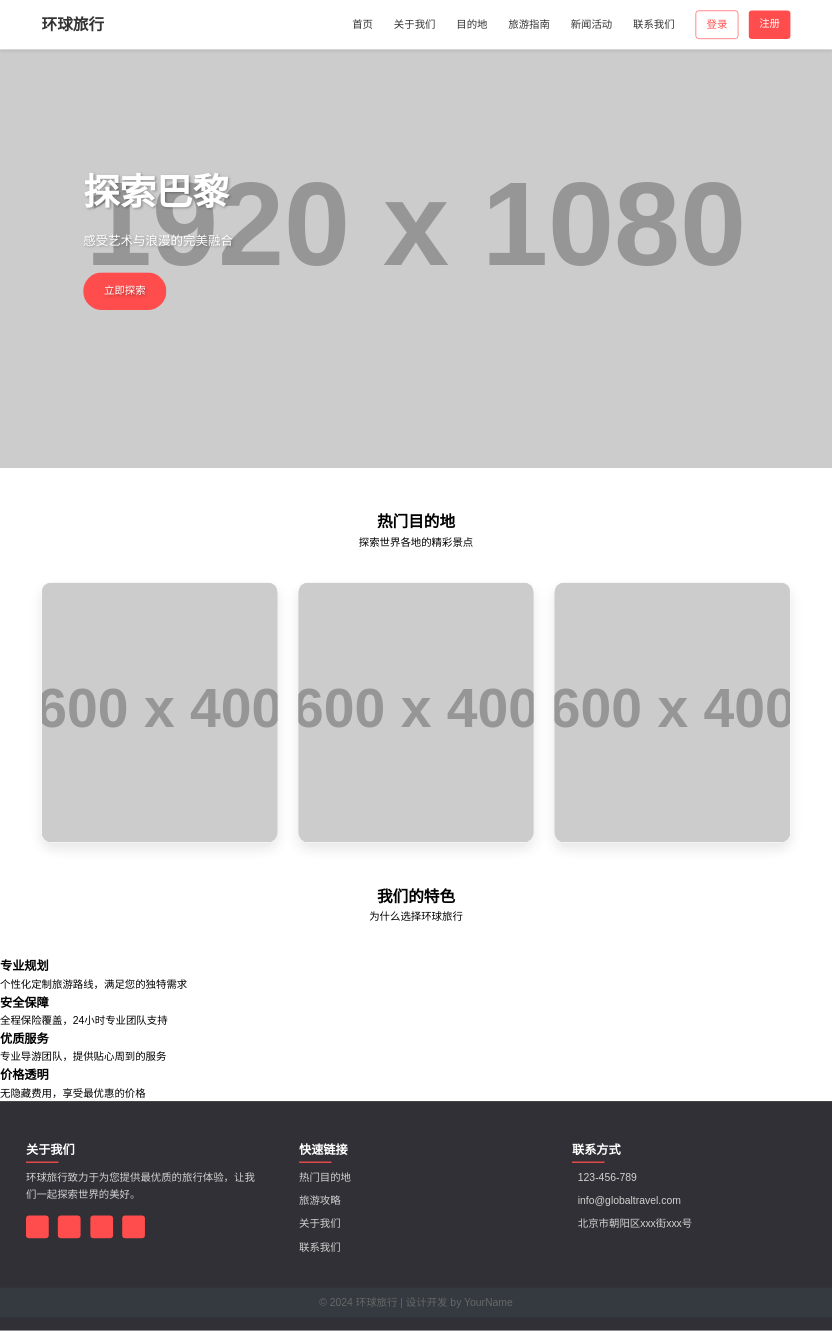
Repository: huang-heavenly-Emperor/travel_1
Page: index.html
These files come from the project's save history. The page is drawn as it stood at one moment and after the next save; the edit follows.
The browser window is 1280 px wide. The pictures show the whole page, at 65% of full size.

Above is the page before, as saved 2024-11-18 02:43:06.
Console error: TypeError: Cannot read properties of null (reading 'style')

### index.html
<!DOCTYPE html>
<html lang="zh-CN">
<head>
    <meta charset="UTF-8">
    <meta name="viewport" content="width=device-width, initial-scale=1.0">
    <title>环球旅行 - 探索世界的每个角落</title>
    <link rel="stylesheet" href="css/style.css">
    <link rel="stylesheet" href="css/animations.css">
    <link rel="stylesheet" href="css/responsive.css">
</head>
<body>
    <!-- 导航栏 -->
    <nav class="main-nav">
        <div class="nav-logo">
            <h1>环球旅行</h1>
        </div>

        <!-- 汉堡菜单按钮 -->
        <div class="hamburger">
            <span></span>
            <span></span>
            <span></span>
        </div>

        <!-- 导航菜单 -->
        <div class="nav-menu">
            <ul class="nav-links">
                <li><a href="index.html">首页</a></li>
                <li><a href="pages/about.html">关于我们</a></li>
                <li><a href="pages/destinations.html">目的地</a></li>
                <li><a href="pages/travel-tips.html">旅游指南</a></li>
                <li><a href="pages/news-events.html">新闻活动</a></li>
                <li><a href="pages/contact.html">联系我们</a></li>
            </ul>

            <div class="nav-auth">
                <a href="pages/login.html" class="btn-login">登录</a>
                <a href="pages/register.html" class="btn-register">注册</a>
            </div>
        </div>
    </nav>

    <!-- 轮播图区域 -->
    <section class="hero-slider">
        <div class="slider-container">
            <div class="slide active">
                <img src="https://via.placeholder.com/1920x1080?text=Beautiful+Paris" alt="巴黎">
                <div class="slide-content">
                    <h2>探索巴黎</h2>
                    <p>感受艺术与浪漫的完美融合</p>
                    <a href="pages/destinations/paris.html" class="btn-explore">立即探索</a>
                </div>
            </div>
            <div class="slide">
                <img src="https://via.placeholder.com/1920x1080?text=Amazing+Tokyo" alt="东京">
                <div class="slide-content">
                    <h2>遇见东京</h2>
                    <p>体验传统与现代的碰撞</p>
                    <a href="pages/destinations/tokyo.html" class="btn-explore">立即探索</a>
                </div>
            </div>
            <div class="slide">
                <img src="https://via.placeholder.com/1920x1080?text=Discover+Santorini" alt="圣托里尼">
                <div class="slide-content">
                    <h2>圣托里尼之美</h2>
                    <p>邂逅爱琴海的浪漫风情</p>
                    <a href="pages/destinations/santorini.html" class="btn-explore">立即探索</a>
                </div>
            </div>
        </div>

        <!-- 轮播控制按钮 -->
        <div class="slider-controls">
            <button class="prev-btn"><i class="fas fa-chevron-left"></i></button>
            <button class="next-btn"><i class="fas fa-chevron-right"></i></button>
        </div>

        <!-- 轮播指示点 -->
        <div class="slider-dots">
            <span class="dot active"></span>
            <span class="dot"></span>
            <span class="dot"></span>
        </div>
    </section>

    <!-- 特色目的地 -->
    <section class="featured-destinations">
        <div class="container">
            <div class="section-header">
                <h2>热门目的地</h2>
                <p>探索世界各地的精彩景点</p>
            </div>

            <div class="destination-grid">
                <!-- 巴黎 -->
                <div class="destination-card">
                    <div class="destination-image">
                        <img src="https://via.placeholder.com/600x400?text=Paris" alt="巴黎">
                        <div class="destination-overlay">
                            <div class="destination-info">
                                <h3>巴黎</h3>
                                <p>法国</p>
                                <div class="destination-meta">
                                    <span><i class="fas fa-star"></i> 4.8</span>
                                    <span><i class="fas fa-map-marker-alt"></i> 欧洲</span>
                                </div>
                                <a href="pages/destinations/paris.html" class="btn-explore">查看详情</a>
                            </div>
                        </div>
                    </div>
                </div>

                <!-- 更多目的地卡片 -->
                <!-- 东京 -->
                <div class="destination-card">
                    <div class="destination-image">
                        <img src="https://via.placeholder.com/600x400?text=Tokyo" alt="东京">
                        <div class="destination-overlay">
                            <div class="destination-info">
                                <h3>东京</h3>
                                <p>日本</p>
                                <div class="destination-meta">
                                    <span><i class="fas fa-star"></i> 4.7</span>
                                    <span><i class="fas fa-map-marker-alt"></i> 亚洲</span>
                                </div>
                                <a href="pages/destinations/tokyo.html" class="btn-explore">查看详情</a>
                            </div>
                        </div>
                    </div>
                </div>

                <!-- 圣托里尼 -->
                <div class="destination-card">
                    <div class="destination-image">
                        <img src="https://via.placeholder.com/600x400?text=Santorini" alt="圣托里尼">
                        <div class="destination-overlay">
                            <div class="destination-info">
                                <h3>圣托里尼</h3>
                                <p>希腊</p>
                                <div class="destination-meta">
                                    <span><i class="fas fa-star"></i> 4.9</span>
                                    <span><i class="fas fa-map-marker-alt"></i> 欧洲</span>
                                </div>
                                <a href="pages/destinations/santorini.html" class="btn-explore">查看详情</a>
                            </div>
                        </div>
                    </div>
                </div>
            </div>
        </div>
    </section>

    <!-- 添加特色服务部分 -->
    <section class="features">
        <div class="container">
            <div class="section-header">
                <h2>我们的特色</h2>
                <p>为什么选择环球旅行</p>
            </div>

            <div class="features-grid">
                <div class="feature-item">
                    <i class="fas fa-map-marked-alt"></i>
                    <h3>专业规划</h3>
                    <p>个性化定制旅游路线，满足您的独特需求</p>
                </div>

                <div class="feature-item">
                    <i class="fas fa-shield-alt"></i>
                    <h3>安全保障</h3>
                    <p>全程保险覆盖，24小时专业团队支持</p>
                </div>

                <div class="feature-item">
                    <i class="fas fa-hand-holding-heart"></i>
                    <h3>优质服务</h3>
                    <p>专业导游团队，提供贴心周到的服务</p>
                </div>

                <div class="feature-item">
                    <i class="fas fa-wallet"></i>
                    <h3>价格透明</h3>
                    <p>无隐藏费用，享受最优惠的价格</p>
                </div>
            </div>
        </div>
    </section>

    <!-- 页脚部分 -->
    <footer class="footer">
        <div class="footer-content">
            <div class="footer-section about">
                <h3>关于我们</h3>
                <p>环球旅行致力于为您提供最优质的旅行体验，让我们一起探索世界的美好。</p>
                <div class="socials">
                    <a href="#"><i class="fab fa-weixin"></i></a>
                    <a href="#"><i class="fab fa-weibo"></i></a>
                    <a href="#"><i class="fab fa-qq"></i></a>
                    <a href="#"><i class="fab fa-douyin"></i></a>
                </div>
            </div>

            <div class="footer-section links">
                <h3>快速链接</h3>
                <ul>
                    <li><a href="pages/destinations.html">热门目的地</a></li>
                    <li><a href="pages/travel-tips.html">旅游攻略</a></li>
                    <li><a href="pages/about.html">关于我们</a></li>
                    <li><a href="pages/contact.html">联系我们</a></li>
                </ul>
            </div>

            <div class="footer-section contact">
                <h3>联系方式</h3>
                <p>
                    <span><i class="fas fa-phone"></i> &nbsp; 123-456-789</span>
                    <span><i class="fas fa-envelope"></i> &nbsp; info@globaltravel.com</span>
                    <span><i class="fas fa-map-marker-alt"></i> &nbsp; 北京市朝阳区xxx街xxx号</span>
                </p>
            </div>
        </div>

        <div class="footer-bottom">
            &copy; 2024 环球旅行 | 设计开发 by YourName
        </div>
    </footer>
    <script src="js/main.js"></script>
</body>
</html>

### css/style.css
/* 基础样式 */
* {
    margin: 0;
    padding: 0;
    box-sizing: border-box;
}

body {
    font-family: 'Microsoft YaHei', sans-serif;
    line-height: 1.6;
}

/* 导航栏样式 */
.main-nav {
    position: fixed;
    top: 0;
    left: 0;
    width: 100%;
    background: #fff;
    padding: 1rem 5%;
    display: flex;
    justify-content: space-between;
    align-items: center;
    z-index: 1000;
    box-shadow: 0 2px 5px rgba(0,0,0,0.1);
}

.nav-logo h1 {
    font-size: 1.5rem;
    color: #333;
}

.nav-links {
    display: flex;
    list-style: none;
    gap: 2rem;
}

.nav-links a {
    text-decoration: none;
    color: #333;
    font-weight: 500;
    transition: color 0.3s ease;
}

.nav-links a:hover,
.nav-links a.active {
    color: #ff4d4d;
}

.nav-auth {
    display: flex;
    gap: 1rem;
}

.btn-login,
.btn-register {
    padding: 0.5rem 1rem;
    border-radius: 5px;
    text-decoration: none;
    transition: all 0.3s ease;
}

.btn-login {
    color: #ff4d4d;
    border: 1px solid #ff4d4d;
}

.btn-register {
    background: #ff4d4d;
    color: #fff;
}

.btn-login:hover {
    background: #ff4d4d;
    color: #fff;
}

.btn-register:hover {
    background: #ff3333;
}

/* 轮播图样式优化 */
.hero-slider {
    height: 100vh;
    position: relative;
    overflow: hidden;
}

.slide {
    position: relative;
    height: 100%;
}

.slide img {
    width: 100%;
    height: 100%;
    object-fit: cover;
}

.slide-content {
    position: absolute;
    top: 50%;
    left: 10%;
    transform: translateY(-50%);
    color: #fff;
    max-width: 600px;
    text-shadow: 2px 2px 4px rgba(0,0,0,0.3);
}

.slide-content h2 {
    font-size: 3.5rem;
    margin-bottom: 1rem;
    opacity: 0;
    transform: translateY(20px);
    animation: fadeInUp 0.8s forwards;
}

.slide-content p {
    font-size: 1.2rem;
    margin-bottom: 2rem;
    opacity: 0;
    transform: translateY(20px);
    animation: fadeInUp 0.8s 0.2s forwards;
}

.btn-explore {
    display: inline-block;
    padding: 1rem 2rem;
    background: #ff4d4d;
    color: #fff;
    text-decoration: none;
    border-radius: 30px;
    transition: all 0.3s ease;
    opacity: 0;
    transform: translateY(20px);
    animation: fadeInUp 0.8s 0.4s forwards;
}

.btn-explore:hover {
    background: #ff3333;
    transform: translateY(-2px);
    box-shadow: 0 5px 15px rgba(255,77,77,0.3);
}

/* 特色目的地样式 */
.featured-destinations {
  padding: 4rem 5%;
}

.section-header {
  text-align: center;
  margin-bottom: 3rem;
}

.destination-grid {
  display: grid;
  grid-template-columns: repeat(auto-fit, minmax(280px, 1fr));
  gap: 2rem;
}

.destination-card {
    position: relative;
    border-radius: 15px;
    overflow: hidden;
    box-shadow: 0 10px 20px rgba(0,0,0,0.1);
    transition: all 0.3s ease;
}

.destination-card:hover {
    transform: translateY(-10px);
    box-shadow: 0 15px 30px rgba(0,0,0,0.2);
}

.destination-image {
    position: relative;
    height: 400px;
}

.destination-image img {
    width: 100%;
    height: 100%;
    object-fit: cover;
    transition: transform 0.3s ease;
}

.destination-card:hover .destination-image img {
    transform: scale(1.1);
}

.destination-overlay {
    position: absolute;
    bottom: 0;
    left: 0;
    right: 0;
    background: linear-gradient(transparent, rgba(0,0,0,0.8));
    padding: 2rem;
    color: #fff;
    transform: translateY(100%);
    transition: transform 0.3s ease;
}

.destination-card:hover .destination-overlay {
    transform: translateY(0);
    opacity: 1;
}

.destination-info {
    position: absolute;
    bottom: 0;
    left: 0;
    right: 0;
    background: rgba(0,0,0,0.5);
    padding: 1.5rem;
    color: #fff;
    transform: translateY(100%);
    transition: transform 0.3s ease;
}

.destination-card:hover .destination-info {
    transform: translateY(0);
}

.destination-info h3 {
    font-size: 2rem;
    margin-bottom: 0.5rem;
}

.destination-info p {
    font-size: 1.2rem;
    margin-bottom: 1rem;
}

.destination-meta {
    display: flex;
    justify-content: space-between;
    align-items: center;
    margin-bottom: 1rem;
}

.destination-meta span {
    display: flex;
    align-items: center;
    font-size: 1.2rem;
}

.destination-meta i {
    margin-right: 0.5rem;
}

.btn-explore {
    display: inline-block;
    padding: 1rem 2rem;
    background: #ff4d4d;
    color: #fff;
    text-decoration: none;
    border-radius: 30px;
    transition: all 0.3s ease;
    opacity: 0;
    transform: translateY(20px);
    animation: fadeInUp 0.8s 0.4s forwards;
}

.btn-explore:hover {
    background: #ff3333;
    transform: translateY(-2px);
    box-shadow: 0 5px 15px rgba(255,77,77,0.3);
}

/* 页脚样式 */
.footer {
    background: #303036;
    color: #d3d3d3;
    padding: 20px 0;
    position: relative;
    bottom: 0;
    width: 100%;
}

.footer-content {
    display: flex;
    justify-content: space-around;
    flex-wrap: wrap;
    padding: 20px;
    gap: 20px;
}

.footer-section {
    flex: 1;
    min-width: 300px;
    padding: 20px;
}

.footer-section h3 {
    color: white;
    margin-bottom: 15px;
    position: relative;
}

.footer-section h3::before {
    content: '';
    position: absolute;
    left: 0;
    bottom: -5px;
    width: 50px;
    height: 2px;
    background: #ff4d4d;
}

.footer-section.about p {
    margin: 15px 0;
}

.socials {
    margin-top: 20px;
}

.socials a {
    display: inline-block;
    width: 35px;
    height: 35px;
    background: #ff4d4d;
    color: white;
    text-align: center;
    line-height: 35px;
    margin-right: 10px;
    border-radius: 5px;
    transition: all 0.3s;
}

.socials a:hover {
    background: #fff;
    color: #ff4d4d;
    transform: translateY(-5px);
}

.footer-section.links ul {
    list-style: none;
}

.footer-section.links ul li {
    margin-bottom: 10px;
}

.footer-section.links ul li a {
    color: #d3d3d3;
    text-decoration: none;
    transition: color 0.3s;
}

.footer-section.links ul li a:hover {
    color: white;
    padding-left: 10px;
}

.footer-section.contact span {
    display: block;
    margin-bottom: 10px;
}

.footer-bottom {
    text-align: center;
    padding: 10px;
    background: #343a40;
    color: #686868;
}

/* 汉堡菜单样式 */
.hamburger {
    display: none;
    cursor: pointer;
    width: 30px;
    height: 20px;
    position: relative;
    z-index: 1001;
}

.hamburger span {
    display: block;
    width: 100%;
    height: 2px;
    background: #333;
    position: absolute;
    transition: all 0.3s ease;
}

.hamburger span:first-child {
    top: 0;
}

.hamburger span:nth-child(2) {
    top: 9px;
}

.hamburger span:last-child {
    top: 18px;
}

/* 汉堡菜单激活状态 */
.hamburger.active span:first-child {
    transform: rotate(45deg);
    top: 9px;
}

.hamburger.active span:nth-child(2) {
    opacity: 0;
}

.hamburger.active span:last-child {
    transform: rotate(-45deg);
    top: 9px;
}

/* 导航菜单样式 */
.nav-menu {
    display: flex;
    align-items: center;
    gap: 2rem;
}

.nav-auth {
    display: flex;
    gap: 1rem;
}

/* 防止菜单打开时背景滚动 */
body.no-scroll {
    overflow: hidden;
}

/* 菜单展开时的遮罩 */
.nav-menu::before {
    content: '';
    position: fixed;
    top: 0;
    left: 0;
    width: 100%;
    height: 100%;
    background: rgba(0, 0, 0, 0.5);
    opacity: 0;
    visibility: hidden;
    transition: 0.3s ease;
}

.nav-menu.active::before {
    opacity: 1;
    visibility: visible;
}

### css/animations.css
/* 导航链接悬停动画 */
.nav-links a:hover {
    color: #007bff;
    transform: translateY(-2px);
}

/* 轮播图动画 */
.fade {
    animation: fadeEffect 1.5s ease-in-out;
}

@keyframes fadeEffect {
    from {
        opacity: 0;
    }
    to {
        opacity: 1;
    }
}

/* 关于页面动画 */
@keyframes fadeInDown {
    from {
        opacity: 0;
        transform: translateY(-30px);
    }
    to {
        opacity: 1;
        transform: translateY(0);
    }
}

@keyframes fadeInUp {
    from {
        opacity: 0;
        transform: translateY(30px);
    }
    to {
        opacity: 1;
        transform: translateY(0);
    }
}

/* 滚动显示动画 */
.scroll-reveal {
    opacity: 0;
    transform: translateY(30px);
    transition: all 0.8s ease;
}

.scroll-reveal.active {
    opacity: 1;
    transform: translateY(0);
}

### css/responsive.css
/* 响应式布局 */
@media screen and (max-width: 768px) {
    .nav-links {
        display: none; /* 移动端菜单将通过JS控制显示 */
    }

    .hero-slider {
        height: 50vh;
    }

    .destination-grid {
        grid-template-columns: repeat(2, 1fr);
    }

    .destination-image {
        height: 250px;
    }
}

@media screen and (max-width: 480px) {
    .nav-auth {
        display: none;
    }

    .hero-slider {
        height: 40vh;
    }

    .destination-grid {
        grid-template-columns: 1fr;
    }

    .destination-image {
        height: 200px;
    }
}

/* 页脚响应式样式 */
@media screen and (max-width: 768px) {
    .footer-content {
        flex-direction: column;
    }

    .footer-section {
        min-width: 100%;
    }

    .footer-section.about {
        text-align: center;
    }

    .footer-section h3::before {
        left: 50%;
        transform: translateX(-50%);
    }
}

/* 移动端导航样式 */
@media screen and (max-width: 768px) {
    .hamburger {
        display: block;
    }

    .nav-menu {
        position: fixed;
        top: 0;
        right: -100%;
        width: 80%;
        height: 100vh;
        background: #fff;
        flex-direction: column;
        padding: 80px 40px;
        transition: 0.3s ease;
    }

    .nav-menu.active {
        right: 0;
    }

    .nav-links {
        flex-direction: column;
        align-items: center;
    }

    .nav-auth {
        flex-direction: column;
        align-items: center;
        margin-top: 2rem;
    }
}

/* 关于页面响应式样式 */
@media screen and (max-width: 768px) {
    .about-header {
        height: 40vh;
    }

    .header-content h1 {
        font-size: 2rem;
    }

    .company-intro .container {
        flex-direction: column;
        gap: 2rem;
    }

    .intro-content, .intro-image {
        width: 100%;
    }

    .values-grid {
        grid-template-columns: 1fr;
    }

    .team-grid {
        grid-template-columns: repeat(auto-fit, minmax(200px, 1fr));
    }
}

@media screen and (max-width: 480px) {
    .about-header {
        height: 30vh;
    }

    .header-content h1 {
        font-size: 1.5rem;
    }

    .member-image {
        height: 250px;
    }
}

Loaded but not shown: js/main.js (158 lines, source omitted)

After the next save:
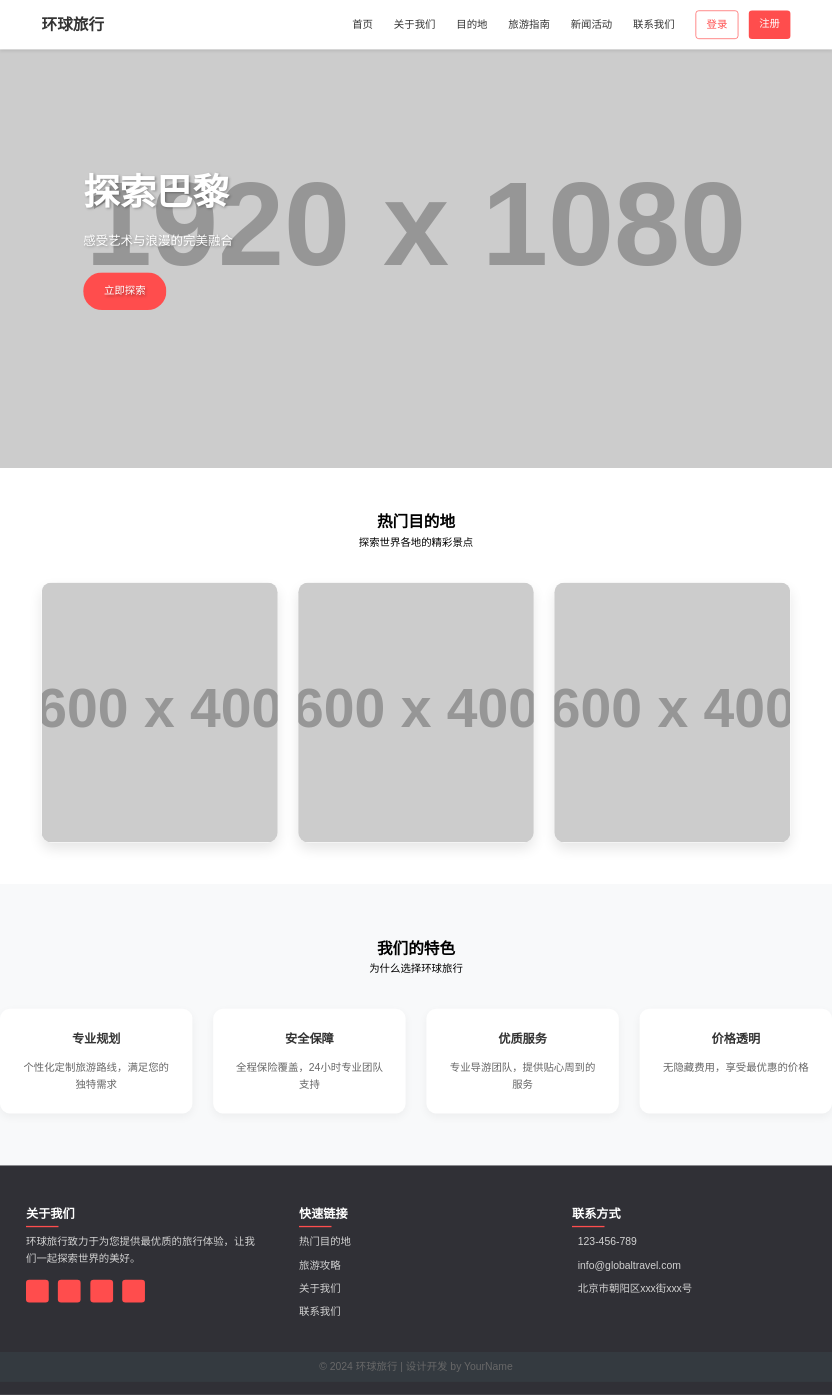
Saved 11 s later.
--- a/css/style.css
+++ b/css/style.css
@@ -446,3 +446,45 @@ body.no-scroll {
     opacity: 1;
     visibility: visible;
 }
+
+/* 特色服务样式 */
+.features {
+    padding: 5rem 0;
+    background: #f8f9fa;
+}
+
+.features-grid {
+    display: grid;
+    grid-template-columns: repeat(auto-fit, minmax(250px, 1fr));
+    gap: 2rem;
+    margin-top: 3rem;
+}
+
+.feature-item {
+    text-align: center;
+    padding: 2rem;
+    background: #fff;
+    border-radius: 15px;
+    transition: all 0.3s ease;
+    box-shadow: 0 5px 15px rgba(0,0,0,0.05);
+}
+
+.feature-item:hover {
+    transform: translateY(-10px);
+    box-shadow: 0 15px 30px rgba(0,0,0,0.1);
+}
+
+.feature-item i {
+    font-size: 2.5rem;
+    color: #ff4d4d;
+    margin-bottom: 1.5rem;
+}
+
+.feature-item h3 {
+    margin-bottom: 1rem;
+    color: #333;
+}
+
+.feature-item p {
+    color: #666;
+}
